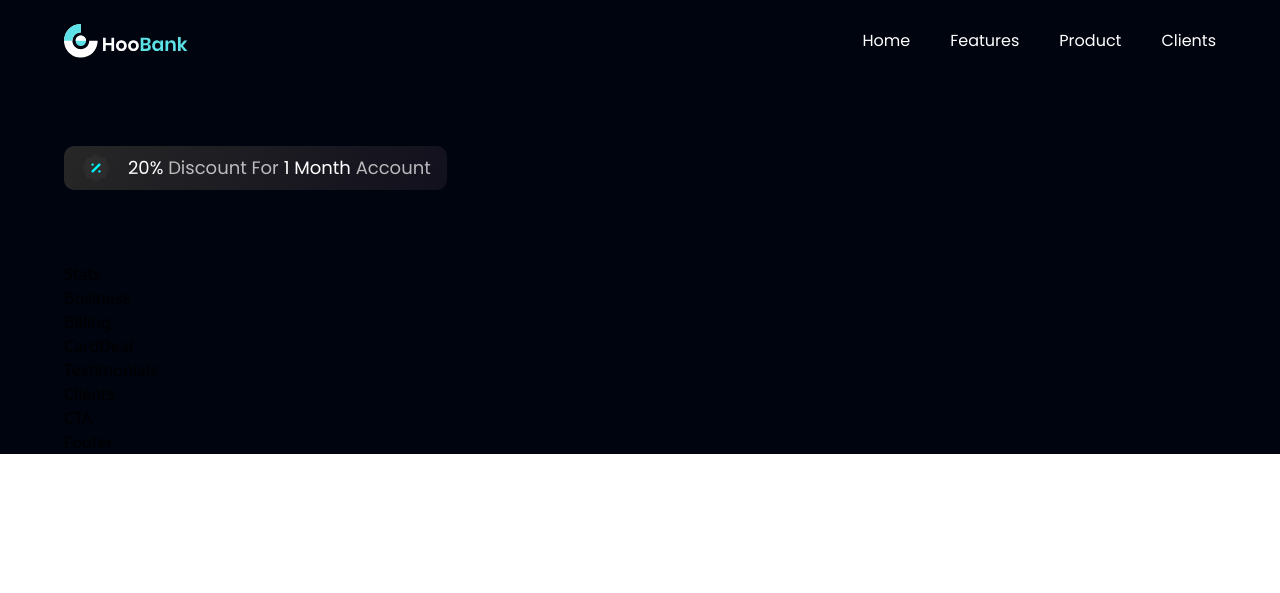
Repository: Carlito-Pedida/modern-app
Page: /
The author's editor kept a copy of each file at every save. The page is drawn from the files as they stood at one save, then again after the next save.
The browser window is 1280 px wide. The pictures show the whole page.
The project was rebuilt for these pictures with package versions that can differ from the ones it lists, and the page was loaded fresh each time. Also part of the build but not shown: vite.config.js.

Above is the page before, as saved 2024-11-16 07:12:12.

### src/App.jsx
import styles from "./style";
import {
  Navbar,
  Billing,
  CardDeal,
  Business,
  Clients,
  CTA,
  Stats,
  Footer,
  Testimonials,
  Hero,
} from "./components";

const App = () =>  {
  return (
    <div className="bg-primary w-full overflow-hidden">
      <div className={`${styles.paddingX} ${styles.flexCenter}`}>
        <div className={`${styles.boxWidth}`}>
          <Navbar/>
        </div>
      </div>

      <div className={`bg-primary ${styles.flexStart}`}>
        <div className={`${styles.boxWidth}`}>
          <Hero/>
        </div>
      </div>

      <div className={`bg-primary ${styles.paddingX} ${styles.flexStart}`}>
        <div className={`${styles.boxWidth}`}>
          <Stats/>
          <Business/>
          <Billing/>
          <CardDeal/>
          <Testimonials/>
          <Clients/>
          <CTA/>
          <Footer/>
        </div>
      </div>

    </div>
  )
}

export default App

### src/style.js
const styles = {
  boxWidth: "xl:max-w-[1280px] w-full",

  heading2: "font-poppins font-semibold xs:text-[48px] text-[40px] text-white xs:leading-[76.8px] leading-[66.8px] w-full",
  paragraph: "font-poppins font-normal text-dimWhite text-[18px] leading-[30.8px]",

  flexCenter: "flex justify-center items-center",
  flexStart: "flex justify-center items-start",

  paddingX: "sm:px-16 px-6",
  paddingY: "sm:py-16 py-6",
  padding: "sm:px-16 px-6 sm:py-12 py-4",

  marginX: "sm:mx-16 mx-6",
  marginY: "sm:my-16 my-6",
};

export const layout = {
  section: `flex md:flex-row flex-col ${styles.paddingY}`,
  sectionReverse: `flex md:flex-row flex-col-reverse ${styles.paddingY}`,

  sectionImgReverse: `flex-1 flex ${styles.flexCenter} md:mr-10 mr-0 md:mt-0 mt-10 relative`,
  sectionImg: `flex-1 flex ${styles.flexCenter} md:ml-10 ml-0 md:mt-0 mt-10 relative`,

  sectionInfo: `flex-1 ${styles.flexStart} flex-col`,
};

export default styles;

### src/components/Navbar.jsx
import React from 'react';
import {useState} from "react";
import { close, logo, menu } from "../assets";
import {navLinks} from "../constants"

const Navbar = () => {
const [toggle, setToggle] = useState(false)

  return (
    <nav className="w-full flex py-6 justify-between items-center navbar">
      <img src={logo} alt='hoobank' className='w-[124px] h-[32px ]' />

      <ul className='list-none sm:flex hidden justify-end items-center flex-1'>
        { navLinks.map((nav, index) => (
          <li key={nav.id} className={`font-poppins font-normal cursor-pointer text-[16px] ${index === navLinks.length - 1 ? 'mr-0' : "mr-10"} text-white`}>
              <a href={`#${nav.id}`}>
                {nav.title}
              </a>
          </li>
        ))
        }
      </ul>

      <div className='sm:hidden flex flex-1 justify-end items-center'>
        <img src={toggle ? close : menu} alt='menu' className='w-[28px] h-[28px] object-contain' onClick={() => setToggle((prev) => !prev)} />

        <div className={`${toggle ? 'flex' : 'hidden'} p-6 bg-black-gradient absolute top-20 right-0 mx-4 my-2 min-w-[140px] rounded-xl sidebar`}>
        <ul className='list-none sm:flex flex-col justify-end items-center flex-1'>
        { navLinks.map((nav, index) => (
          <li key={nav.id} className={`font-poppins font-normal cursor-pointer text-[16px] ${index === navLinks.length - 1 ? 'mr-0' : "mb-4"} text-white`}>
              <a href={`#${nav.id}`}>
                {nav.title}
              </a>
          </li>
        ))
        }
      </ul>
        </div>
      </div>
    </nav>
  )
}

export default Navbar

### src/components/Hero.jsx
import styles from '../style'
import {discount, robot} from '../assets'

const Hero = () => (
    <section id='home' className={`flex md:flex flex-col ${styles.paddingY}`}>
        <div className={`flex-1 ${styles.flexStart} flex-col xl:px-0 sm:px-16`}>
      <div className='flex flex-row items-center py-[6px] px-4 bg-discount-gradient rounded-[10px] mb-2'>
        <img src={discount} alt='discount'
        className='w-[32px] h-[32px]' />
          <p className={`${styles.paragraph} ml-4`}>
          <span className='text-white'>20%</span> Discount For {" "}
          <span className='text-white'>1 Month</span> Account
        </p>
      </div>
        </div>
    </section>
  )


export default Hero

### src/assets/index.js
import airbnb from "./airbnb.png";
import bill from "./bill.png";
import binance from "./binance.png";
import card from "./card.png";
import coinbase from "./coinbase.png";
import dropbox from "./dropbox.png";
import logo from "./logo.svg";
import quotes from "./quotes.svg";
import robot from "./robot.png";
import send from "./Send.svg";
import shield from "./Shield.svg";
import star from "./Star.svg";
import menu from "./menu.svg";
import close from "./close.svg";
import google from "./google.svg";
import apple from "./apple.svg";
import arrowUp from "./arrow-up.svg";
import discount from "./Discount.svg";
import facebook from "./facebook.svg";
import instagram from "./instagram.svg";
import linkedin from "./linkedin.svg";
import twitter from "./twitter.svg";
import people01 from "./people01.png";
import people02 from "./people02.png";
import people03 from "./people03.png";

export {
  airbnb,
  bill,
  binance,
  card,
  coinbase,
  dropbox,
  logo,
  quotes,
  robot,
  send,
  shield,
  star,
  menu,
  close,
  google,
  apple,
  arrowUp,
  discount,
  facebook,
  instagram,
  linkedin,
  twitter,
  people01,
  people02,
  people03,
};

### src/constants/index.js
import { people01, people02, people03, facebook, instagram, linkedin, twitter, airbnb, binance, coinbase, dropbox, send, shield, star  } from "../assets";

export const navLinks = [
  {
    id: "home",
    title: "Home",
  },
  {
    id: "features",
    title: "Features",
  },
  {
    id: "product",
    title: "Product",
  },
  {
    id: "clients",
    title: "Clients",
  },
];

export const features = [
  {
    id: "feature-1",
    icon: star,
    title: "Rewards",
    content:
      "The best credit cards offer some tantalizing combinations of promotions and prizes",
  },
  {
    id: "feature-2",
    icon: shield,
    title: "100% Secured",
    content:
      "We take proactive steps make sure your information and transactions are secure.",
  },
  {
    id: "feature-3",
    icon: send,
    title: "Balance Transfer",
    content:
      "A balance transfer credit card can save you a lot of money in interest charges.",
  },
];

export const feedback = [
  {
    id: "feedback-1",
    content:
      "Money is only a tool. It will take you wherever you wish, but it will not replace you as the driver.",
    name: "Herman Jensen",
    title: "Founder & Leader",
    img: people01,
  },
  {
    id: "feedback-2",
    content:
      "Money makes your life easier. If you're lucky to have it, you're lucky.",
    name: "Steve Mark",
    title: "Founder & Leader",
    img: people02,
  },
  {
    id: "feedback-3",
    content:
      "It is usually people in the money business, finance, and international trade that are really rich.",
    name: "Kenn Gallagher",
    title: "Founder & Leader",
    img: people03,
  },
];

export const stats = [
  {
    id: "stats-1",
    title: "User Active",
    value: "3800+",
  },
  {
    id: "stats-2",
    title: "Trusted by Company",
    value: "230+",
  },
  {
    id: "stats-3",
    title: "Transaction",
    value: "$230M+",
  },
];

export const footerLinks = [
  {
    title: "Useful Links",
    links: [
      {
        name: "Content",
        link: "https://www.hoobank.com/content/",
      },
      {
        name: "How it Works",
        link: "https://www.hoobank.com/how-it-works/",
      },
      {
        name: "Create",
        link: "https://www.hoobank.com/create/",
      },
      {
        name: "Explore",
        link: "https://www.hoobank.com/explore/",
      },
      {
        name: "Terms & Services",
        link: "https://www.hoobank.com/terms-and-services/",
      },
    ],
  },
  {
    title: "Community",
    links: [
      {
        name: "Help Center",
        link: "https://www.hoobank.com/help-center/",
      },
      {
        name: "Partners",
        link: "https://www.hoobank.com/partners/",
      },
      {
        name: "Suggestions",
        link: "https://www.hoobank.com/suggestions/",
      },
      {
        name: "Blog",
        link: "https://www.hoobank.com/blog/",
      },
      {
        name: "Newsletters",
        link: "https://www.hoobank.com/newsletters/",
      },
    ],
  },
  {
    title: "Partner",
    links: [
      {
        name: "Our Partner",
        link: "https://www.hoobank.com/our-partner/",
      },
      {
        name: "Become a Partner",
        link: "https://www.hoobank.com/become-a-partner/",
      },
    ],
  },
];

export const socialMedia = [
  {
    id: "social-media-1",
    icon: instagram,
    link: "https://www.instagram.com/",
  },
  {
    id: "social-media-2",
    icon: facebook,
    link: "https://www.facebook.com/",
  },
  {
    id: "social-media-3",
    icon: twitter,
    link: "https://www.twitter.com/",
  },
  {
    id: "social-media-4",
    icon: linkedin,
    link: "https://www.linkedin.com/",
  },
];

export const clients = [
  {
    id: "client-1",
    logo: airbnb,
  },
  {
    id: "client-2",
    logo: binance,
  },
  {
    id: "client-3",
    logo: coinbase,
  },
  {
    id: "client-4",
    logo: dropbox,
  },
];

### tailwind.config.js
/** @type {import('tailwindcss').Config} */
module.exports = {
  content: ["./index.html", "./src/**/*.{js,jsx}"],
  mode: "jit",
  theme: {
    extend: {
      colors: {
        primary: "#00040f",
        secondary: "#00f6ff",
        dimWhite: "rgba(255, 255, 255, 0.7)",
        dimBlue: "rgba(9, 151, 124, 0.1)"
      },
      fontFamily: {
        poppins: ["Poppins", "sans-serif"]
      }
    },
    screens: {
      xs: "480px",
      ss: "620px",
      sm: "768px",
      md: "1060px",
      lg: "1200px",
      xl: "1700px"
    }
  },
  plugins: []
};

Loaded but not shown: index.html (common file); src/main.jsx (common file); src/index.css (common file); src/components/index.js (common file); src/components/Billing.jsx (common file); src/components/CardDeal.jsx (common file); src/components/Business.jsx (common file); src/components/Clients.jsx (common file); src/components/CTA.jsx (common file); src/components/Stats.jsx (common file); src/components/Footer.jsx (common file); src/components/Testimonials.jsx (common file)

After the next save:
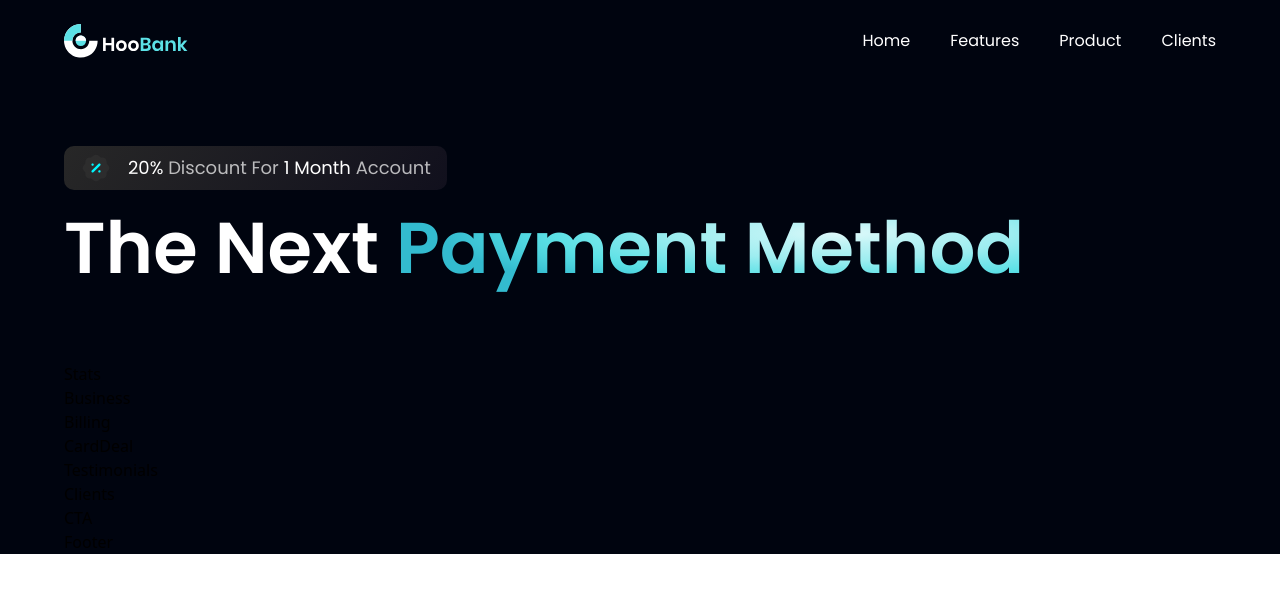
Saved 4 min 42 s later.
--- a/src/components/Hero.jsx
+++ b/src/components/Hero.jsx
@@ -12,6 +12,13 @@
           <span className='text-white'>1 Month</span> Account
         </p>
       </div>
+
+      <div className='flex flex-row justify-between items-center w-full'>
+        <h1 className='flex-1 font-poppins font-semibold ss:text-[72px] text-[52px] text-white ss:leading-[100px]'>
+          The Next <br className='"sm:block hidden'/>
+          <span className='text-gradient'>Payment Method</span>
+        </h1>
+      </div>
         </div>
     </section>
   )
